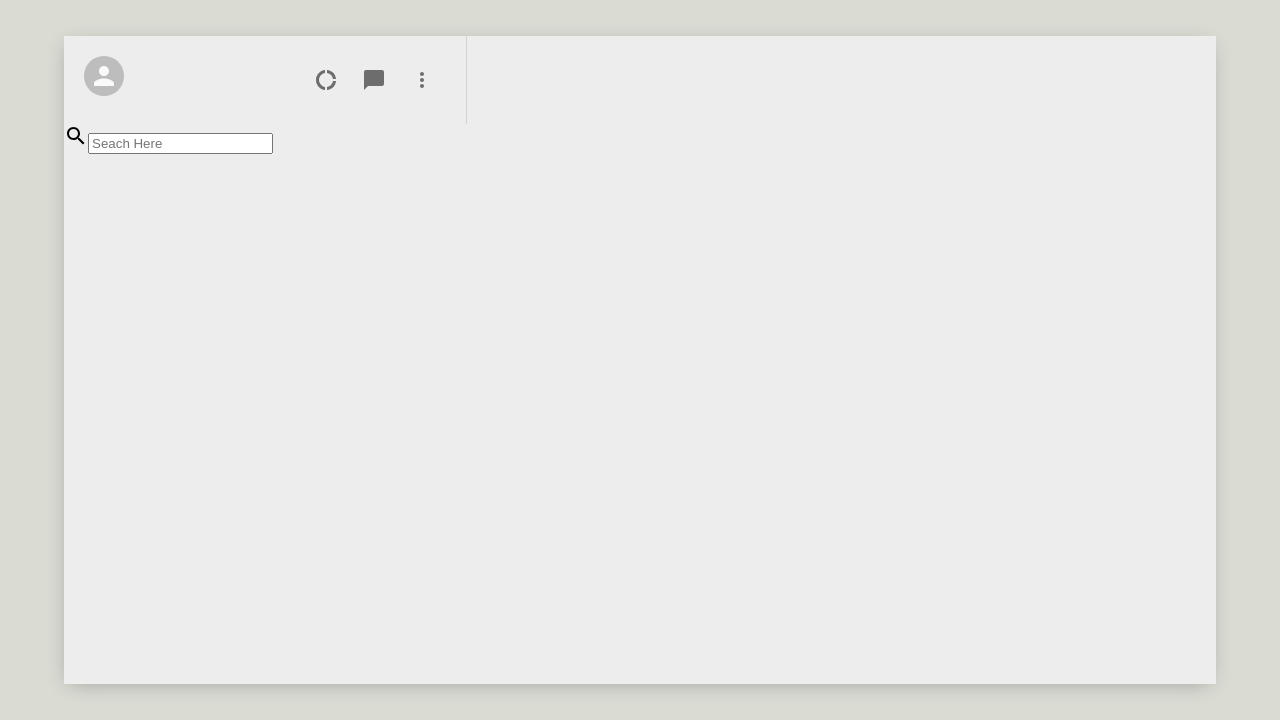
Repository: Prafullkuma/whatsappclon
Page: /
An editor plug-in stored every save of this project. The page is shown before and after the next save, followed by the edit.
The browser window is 1280 px wide. The pictures show the whole page.
The project was rebuilt for these pictures with package versions that can differ from the ones it lists, and the page was loaded fresh each time.

Above is the page before, as saved 2020-08-19 12:02:51.

### src/App.js
import React from 'react';
import './App.css';
import Sidebar from './Component/Sidebar'
function App() {
  return (
    <div className="app">
      <div className="app__body">
        <Sidebar />
      </div>
    </div>
  );
}

export default App;

### src/App.css
.app{
  background-color: #dadbd3;
  height: 100vh;
  display: grid;
  place-items: center;
}
.app__body{
  display: flex;
  height: 90vh;
  width: 90vw;
  background-color: #ededed;
  box-shadow: -1px 4px 20px -6px rgba(0, 0, 0, 0.3);
}

### src/Component/Sidebar.js
import React from 'react'
import { Avatar, IconButton } from '@material-ui/core';
import DonutLargeIcon from '@material-ui/icons/DonutLarge';
import ChatBubbleIcon from '@material-ui/icons/ChatBubble';
import MoreVertIcon from '@material-ui/icons/MoreVert';
import SearchIcon from '@material-ui/icons/Search';
import './Sidebar.css'
function Slidebar() {
    return (
        <div className="sidebar">
            <div className="sidebar_header">
                <Avatar />
                <div className="sidebar_headerRight">
                    <IconButton>
                        <DonutLargeIcon />
                    </IconButton>
                    <IconButton>
                        <ChatBubbleIcon />
                    </IconButton>
                    <IconButton>
                        <MoreVertIcon />
                    </IconButton>
                </div>
            </div>
            <div className="sidebar_search">
                <div className="search_container">
                    <SearchIcon />
                    <input type="text"
                        placeholder="Seach Here" />
                </div>
            </div>
            <div className="sidebar_chat">

            </div>
        </div >
    )
}

export default Slidebar

### src/Component/Sidebar.css
.sidebar{
 display: flex;
 flex-direction: column;
 flex: 0.35;
}
.sidebar_header{
    display: flex;
    justify-content: space-between;
    padding: 20px;
    border-right: 1px solid lightgray;
}
.sidebar_headerRight{
    display: flex;
    align-items: center;
    justify-content: space-between;
    min-width: 9vw;
}
.sidebar_headerRight>.MuiSvgIcon-root{
    margin-right: 2vw;
    font-size: 24px !important;
}

Loaded but not shown: public/index.html (common file); src/index.js (common file); src/index.css (common file)

After the next save:
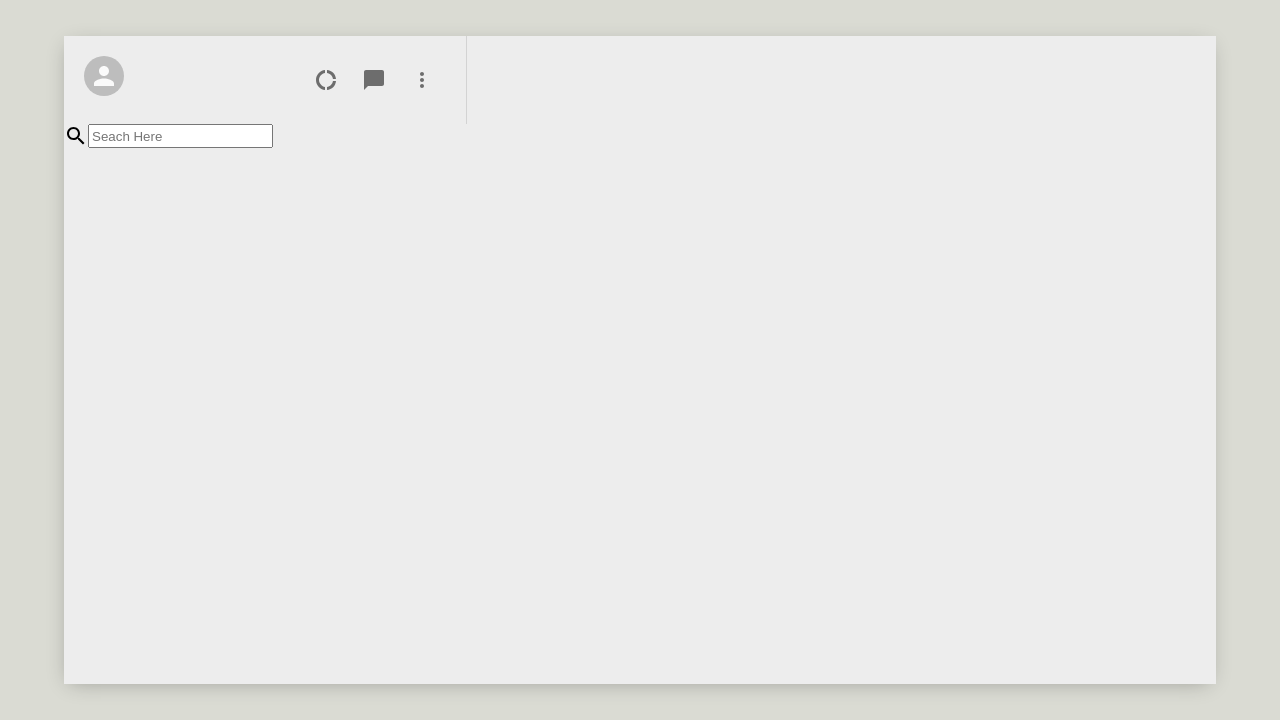
Saved 15 s later.
--- a/src/Component/Sidebar.css
+++ b/src/Component/Sidebar.css
@@ -19,3 +19,6 @@
     margin-right: 2vw;
     font-size: 24px !important;
 }
+.search_container{
+    display: flex;
+}
